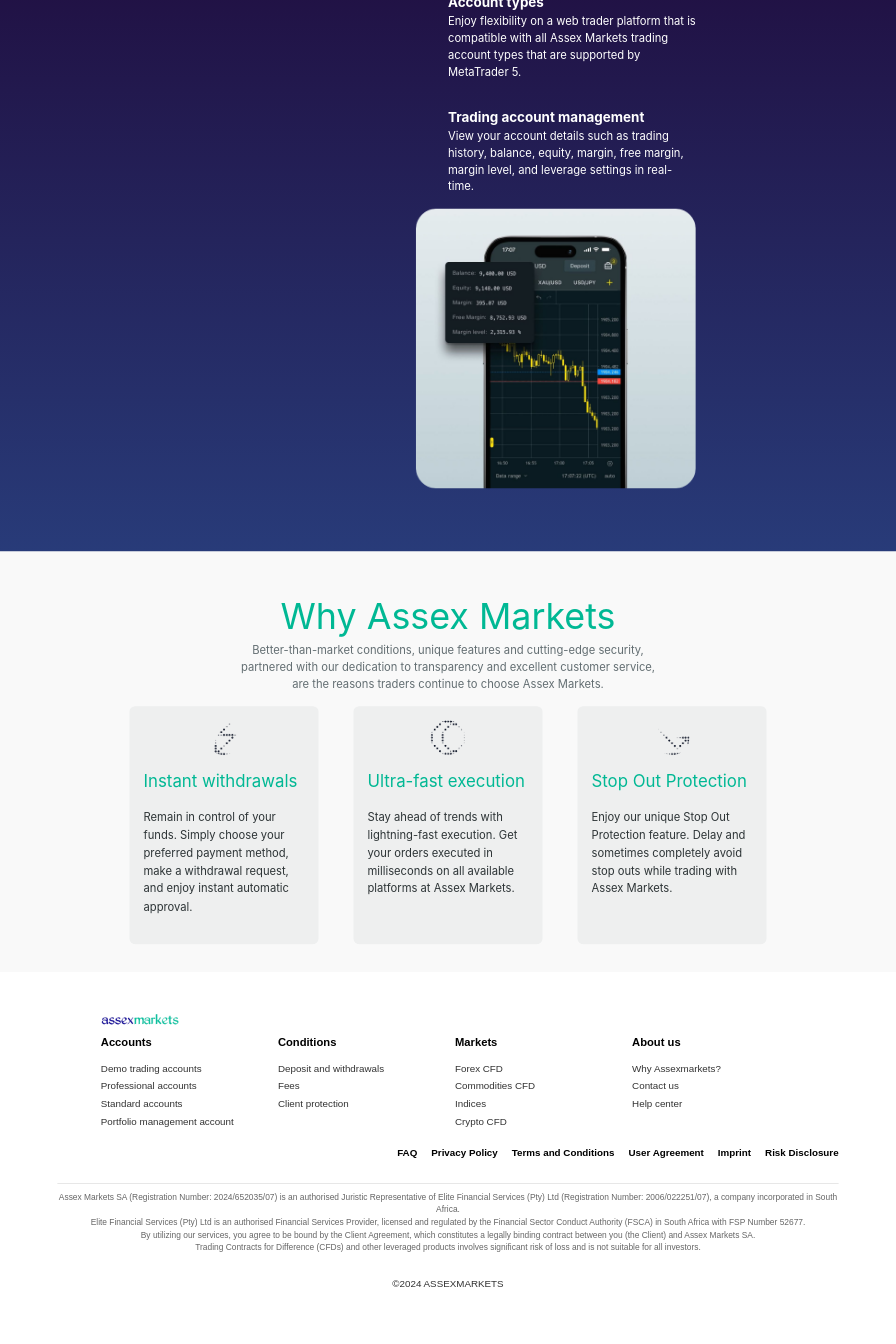
Repository: RevenewMarketing/Assex
Page: /webinar
An editor plug-in stored every save of this project. The page is shown before and after the next save, followed by the edit.
The browser window is 1280 px wide. The pictures show the part of the page from y = 2517 to 4437 px (the page is 4437 px tall), at 70% of full size.
The project was rebuilt for these pictures with package versions that can differ from the ones it lists, and the page was loaded fresh each time. Also part of the build but not shown: vite.config.ts, src/pages/home/sections/HeroSection.module.css, src/pages/home/sections/HeroSection.tsx, src/pages/home/sections/Section2.tsx, src/pages/home/sections/Section3.tsx, src/pages/home/sections/Section4.tsx, src/pages/home/sections/Section5.tsx, src/pages/home/sections/Section6.tsx and 32 more.

Above is the page before, as saved 2024-11-29 12:46:09.

### index.html
<!doctype html>
<html lang="en">
  <head>
    <meta charset="UTF-8" />
    <link rel="icon" type="image/svg+xml" href="/vite.svg" />
    <meta name="viewport" content="width=device-width, initial-scale=1.0" />
    <title>Assex</title>
  </head>
  <body>
    <div id="root"></div>
    <script type="module" src="/src/main.tsx"></script>
  </body>
</html>

### src/index.css
:root {
  font-family: Inter, system-ui, Avenir, Helvetica, Arial, sans-serif;
  line-height: 1.5;
  font-weight: 400;
  color-scheme: light dark;
  color: rgba(255, 255, 255, 0.87);
  background-color: #ffffff;
  font-synthesis: none;
  max-width: 1920px;
  margin: auto;
  text-rendering: optimizeLegibility;
  -webkit-font-smoothing: antialiased;
  -moz-osx-font-smoothing: grayscale;
  /* Smooth scrolling */
  scroll-behavior: smooth;
}

a {
  font-weight: 500;
  color: #646cff;
  text-decoration: inherit;
}

a:hover {
  color: #535bf2;
}

body {
  margin: 0;
  display: flex;
  place-items: center;
  min-width: 320px;
  min-height: 100vh;
  background-color: #FFF;
  /* align-content: center; */
  flex-direction: column;
  justify-content: flex-start;
}

h1 {
  font-size: 3.2em;
  line-height: 1.1;
}

button {
  border-radius: 8px;
  border: 1px solid transparent;
  padding: 0.6em 1.2em;
  font-size: 1em;
  font-weight: 500;
  font-family: inherit;
  background-color: #1a1a1a;
  cursor: pointer;
  transition: border-color 0.25s;
}

button:hover {
  border-color: #646cff;
}

button:focus,
button:focus-visible {
  outline: 4px auto -webkit-focus-ring-color;
}

@media (prefers-color-scheme: light) {
  :root {
    color: #213547;
    background-color: #ffffff;
  }

  a:hover {
    color: #747bff;
  }

  button {
    background-color: #f9f9f9;
  }
}

### src/App.tsx

import './App.css'
// import Navigation from './pages/home/Navigation'
import NavigationMenu from './components/navigation-menu/NavigationMenu'

import { BrowserRouter, Route, Routes } from 'react-router';
import Home from './pages/home/Home';
import Footer from './components/footer-section/Footer';
import About from './pages/about/About';
import Partner from './pages/partner/Partner';
import AccountTypeCrypto from './pages/account_type_crypto/AccountTypeCrypto';
import Webinar from './pages/web-terminal/Webinar';

function App() {

  return (
    <>
    <BrowserRouter>
    <NavigationMenu />
    <Routes>
      <Route path="/" element={<Home />} />
      <Route path="/about" element={<About />} />
      <Route path="/partner" element={<Partner />} />
      <Route path="/atc" element={<AccountTypeCrypto />} />
      <Route path="/webinar" element={<Webinar />} />
      {/* Define other routes */}
    </Routes>
    <Footer />
  </BrowserRouter>


    </>
  )
}

export default App

### src/App.css
#root {
  max-width: 1920px;
  width: 100%;
  margin: 0 auto;
  padding: 0;
  text-align: center;
}

.logo {
  height: 6em;
  padding: 1.5em;
  will-change: filter;
  transition: filter 300ms;
}
.logo:hover {
  filter: drop-shadow(0 0 2em #646cffaa);
}
.logo.react:hover {
  filter: drop-shadow(0 0 2em #61dafbaa);
}

@keyframes logo-spin {
  from {
    transform: rotate(0deg);
  }
  to {
    transform: rotate(360deg);
  }
}

@media (prefers-reduced-motion: no-preference) {
  a:nth-of-type(2) .logo {
    animation: logo-spin infinite 20s linear;
  }
}

.card {
  padding: 2em;
}

.read-the-docs {
  color: #888;
}

/* Auth Buttons */
.authButtons {
  /* margin-left: auto; */
  display: flex;
  gap: 10px;
}

### src/pages/web-terminal/Webinar.tsx

import Section1 from "./sections/Section1"
import Section2 from "./sections/Section2"
import Section3 from "./sections/Section3"
import Section4 from "./sections/Section4"
import Section5 from "./sections/Section5"




const Webinar = () => {
  return (
    <div>
      <Section1 />
      <Section2 />
      <Section3 />
      <Section4 />
      <Section5 />

    </div>
  )
}

export default Webinar

### src/components/ReusableButton.tsx

import styles from './GlobalComponentStyles.module.css';

type Props = {
  link?: string;
  text: string;
  type: 'register' | 'sign-in' | 'logout' | 'profile' | 'settings' | 'help' | 'free-trial' | 'learn-more' | 'dark' | 'light';
};

export default function ReusableButton({ link, text, type }: Props) {
  return (
      <button
      style={{
        backgroundColor: type === 'register' ? '#19BC9C' :
        type === 'sign-in' ? '#F4F6F7' :
        type === 'logout' ? '#FF6347' :
        type === 'profile' ? '#FFA07A' :
        type === 'settings' ? '#FF7F50' :
        type === 'help' ? '#FFA500' :
        type === 'free-trial' ? '#FFD700' :
        type === 'learn-more' ? '#FF4500' :
        type === 'dark' ? '#4C4B4D' :
        type === 'light' ? '#fff' : '#000',
        color: type === 'dark' ? '#fff' : '#000'
      }}
        className={styles.registerButton}
        onClick={() => window.open(link, '_blank')}
      >{text}
      </button>

  );
}

### src/components/footer-section/FooterStyles.module.css
.footerContainer {
  background-color: #ffffff;
  color: #333;
  padding: 60px 20px;
  font-family: Arial, sans-serif;
  font-size: 14px;
  line-height: 1.8;
}

.footerContainer h4 {
  font-size: 16px;
  font-weight: bold;
  margin-bottom: 10px;
  color: #000;
  text-align: left;
  margin-top: 0;
}

.footerContainer ul {
  list-style-type: none;
  padding: 0;
  margin: 0;
  text-align: left;
}

.footerContainer ul li {
  margin-bottom: 0px;
  cursor: pointer;
}

.footerContainer ul li:hover {
  color: #00b894;
}

.footerContainer .columnsContainer {
  display: flex;
  justify-content: space-between;
  gap: 20px;
  flex-wrap: wrap;
  margin-bottom: 40px;
  width: 80%;
  margin: auto;
}

.noDrag {
  cursor: no-drop !important;
}

.footerContainer .columnsContainer>div {
  flex: 1;
  min-width: 180px;
  /* Ensures alignment and proper spacing */
}

.linksContainer {
  display: flex;
  gap: 20px;
  justify-content: flex-end;
  width: 95%;
}

.linksContainer a {
  color: #000000 !important;
  font-weight: 600;
}

.footerContainer .linksContainer {
  text-align: center;
  margin: 20px 0 30px;
}

.footerContainer .linksContainer a {
  color: #007bff;
  text-decoration: none;
  margin: 0px;
  font-size: 14px;
}

.footerContainer .linksContainer a:hover {
  text-decoration: underline;
}

.footerContainer .details {
  font-size: 12px;
  color: #666;
  line-height: 1.5;
  margin: 20px auto;
  text-align: center;
  width: 90%;
  border-top: 1px solid #80808061;
  padding-top: 10px;
}

.footerContainer .details p {
  margin-bottom: 15px;
}

.footerContainer .logoContainer {
  text-align: left;
  margin: auto;
  width: 80%;
}

.footerContainer .logoContainer img {
  max-width: 150px;
}

.footerContainer .copyright {
  text-align: center;
  font-size: 14px;
  margin-top: 30px;
}


.details p {
  margin: 0 !important;
}

### src/pages/web-terminal/sections/Section1.tsx

import styles from './Section1.module.css';

const textContent = {
  title: 'CRYPTO TRADING WITHOUT THE SWAP FEES',
  subtitle: 'Trade popular cryptocurrencies including BTCUSD, ETHUSD, and LTCUSD. Hold your positions with no overnight charges.',
  registerButton: 'Register',
  demoButton: 'Try free demo',
};

const Section1: React.FC = () => {
  return (
    <section className={styles.container}>
    <div className={styles.textContainer}>
       <i> <h1 className={styles.title}>{textContent.title}</h1></i>
        <p className={styles.subtitle}>{textContent.subtitle}</p>
    </div>
      <div className={styles.buttonsContainer}>
        <button className={`${styles.button} ${styles.primaryButton}`}>{textContent.registerButton}</button>
        <button className={styles.button}>{textContent.demoButton}</button>
      </div>
    </section>
  );
};

export default Section1;

### src/pages/web-terminal/sections/Section2.tsx

import styles from './Section2.module.css';
import webAppImage from '../../../assets/pages/Web-Terminal/2-section1-Image1.png';

const content = {
  title: "Trade up with our high-speed, customized web app",
  description:
    "Enjoy seamless and flexible trading on the Assex Markets Terminal, a secure and streamlined web trader platform for trading over a hundred popular CFDs.",
  watchlistTitle: "Watchlist",
  watchlistDescription:
    "Get real-time prices and movements on the Assex Markets Terminal watchlist which hosts lists of all available trading instruments.",
  tradingModeTitle: "One-click trading mode",
  tradingModeDescription:
    "Open and close orders instantly choosing from a tile list of instruments to trade and using the Limit Order field for pending orders.",
};

const Section2: React.FC = () => {
  return (
    <div className={styles.section}>
      <div className={styles.textContainer}>
       <div className={styles.headerContent} >
          <h1 className={styles.title}>{content.title}</h1>
          <p className={styles.description}>{content.description}</p>
       </div>

       <div className={styles.innerContents} >
          <div className={styles.features}>
            <div className={styles.feature}>
              <h2 className={styles.featureTitle}>{content.watchlistTitle}</h2>
              <p className={styles.featureDescription}>
                {content.watchlistDescription}
              </p>
            </div>
            <div className={styles.feature}>
              <h2 className={styles.featureTitle}>
                {content.tradingModeTitle}
              </h2>
              <p className={styles.featureDescription}>
                {content.tradingModeDescription}
              </p>
            </div>
          </div>

          <img
          className={styles.imagePlaceholder}
          src={webAppImage}
          alt="Web App"
        />
        </div>

       </div>

    </div>
  );
};

export default Section2;

### src/pages/web-terminal/sections/Section3.tsx

import styles from './Section3.module.css';
import webAppImage from '../../../assets/pages/Web-Terminal/3-section2-Image1.png';

const content = {
  portfolioTitle: "Portfolio area",
  portfolioDescription:
    "Track your orders in the portfolio area with details like type, volume, prices, take profit, stop loss, open time, swap, and profit and loss.",
  instrumentsTitle: "Instruments tabs",
  instrumentsDescription:
    "Choose from multiple available chart types and customize them with indicators, drawing tools, and more. Charting is provided by TradingView.",
};

const Section3: React.FC = () => {
  return (
    <div className={styles.section}>



       <div className={styles.innerContents} >
          <div className={styles.features}>
            <div className={styles.feature}>
              <h2 className={styles.featureTitle}>{content.portfolioTitle}</h2>
              <p className={styles.featureDescription}>
                {content.portfolioDescription}
              </p>
            </div>
            <div className={styles.feature}>
              <h2 className={styles.featureTitle}>
                {content.instrumentsTitle}
              </h2>
              <p className={styles.featureDescription}>
                {content.instrumentsDescription}
              </p>
            </div>
          </div>

          <img
          className={styles.imagePlaceholder}
          src={webAppImage}
          alt="Web App"
        />
        </div>



    </div>
  );
};

export default Section3;

### src/pages/web-terminal/sections/Section4.tsx

import styles from './Section4.module.css';
import webAppImage from '../../../assets/pages/Web-Terminal/4-section3-Image1.png';

const content = {
  managementTitle: "Trading account management",
  managementDescription:
    "View your account details such as trading history, balance, equity, margin, free margin, margin level, and leverage settings in real-time.",
  accountTypesTitle: "Account types",
  accountTypesDescription:
    "Enjoy flexibility on a web trader platform that is compatible with all Assex Markets trading account types that are supported by MetaTrader 5.",
};

const Section4: React.FC = () => {
  return (
    <div className={styles.section}>



        <div className={styles.innerContents}>
          <div className={styles.features}>

            <div className={styles.feature}>
              <h2 className={styles.featureTitle}>{content.accountTypesTitle}</h2>
              <p className={styles.featureDescription}>
                {content.accountTypesDescription}
              </p>
            </div>
            <div className={styles.feature}>
              <h2 className={styles.featureTitle}>
                {content.managementTitle}
              </h2>
              <p className={styles.featureDescription}>
                {content.managementDescription}
              </p>
              </div>
          </div>

          <img
            className={styles.imagePlaceholder}
            src={webAppImage}
            alt="Web App"
          />
        </div>

    </div>
  );
};

export default Section4;

### src/pages/web-terminal/sections/Section5.tsx

import styles from "./Section5.module.css";
import card1 from "../../../assets/pages/Crypto/4-section5-cardIcon1.png";
import card2 from "../../../assets/pages/Crypto/4-section5-cardIcon2.png";
import card3 from "../../../assets/pages/Crypto/4-section5-cardIcon3.png";
const content = {
  heading: "Why Assex Markets",
  subheading:
    "Better-than-market conditions, unique features and cutting-edge security, partnered with our dedication to transparency and excellent customer service, are the reasons traders continue to choose Assex Markets.",
  cards: [
    {
      title: "Instant withdrawals",
      description:
        "Remain in control of your funds. Simply choose your preferred payment method, make a withdrawal request, and enjoy instant automatic approval.",
      icon: card1,
    },
    {
      title: "Ultra-fast execution",
      description:
        "Stay ahead of trends with lightning-fast execution. Get your orders executed in milliseconds on all available platforms at Assex Markets.",
      icon: card2,
    },
    {
      title: "Stop Out Protection",
      description:
        "Enjoy our unique Stop Out Protection feature. Delay and sometimes completely avoid stop outs while trading with Assex Markets.",
      icon: card3,
    },
  ],
};


const Section5 = () => {
  return (
    <section className={styles.section}>
      <h1 className={styles.heading}>{content.heading}</h1>
      <p className={styles.subheading}>{content.subheading}</p>
      <div className={styles.cardContainer}>
        {content.cards.map((card, index) => (
          <div key={index} className={styles.card}>
            <img
            className={styles.cardIcon}
            src={card.icon}
            alt={card.title}
            />
            <h2 className={styles.cardTitle}>{card.title}</h2>
            <p className={styles.cardDescription}>{card.description}</p>
          </div>
        ))}
      </div>
    </section>
  );
};

export default Section5;

### src/components/GlobalComponentStyles.module.css


.registerButton {
  background-color: #00b074;
  color: white;
  border: none;
  padding: 8px 16px;
  font-size: 14px;
  border-radius: 4px;
  cursor: pointer;
}

.signInButton {
  background-color: #f4f4f4;
  color: #333;
  border: 1px solid #ccc;
  padding: 8px 16px;
  font-size: 14px;
  border-radius: 4px;
  cursor: pointer;
}

### src/pages/web-terminal/sections/Section1.module.css
.container {
  background-image: url('../../../assets/pages/Crypto/1-cryptoBanner.jpg'); /* Replace with your background image path */
  background-size: cover;
  background-position: center;
  background-repeat: no-repeat;
  min-height: 63dvh;
  display: flex;
  flex-direction: column;
  justify-content: center;
  align-items: flex-start;
  padding: 20px 40px;
  background-color: rgba(0, 0, 0, 0.73);
  max-width: inherit;
}

@media (max-width: 768px) {
  .container {
    height: auto;
    padding: 15px;
  }
}

.title {
  font-size: 3rem; /* Reduced from 5rem for better scaling */
  font-weight: 700;
  color: white;
  margin: 0 0 20px;
  text-align: left;
}

@media (max-width: 768px) {
  .title {
    font-size: 2.2rem; /* Scaled down for smaller screens */
    margin-bottom: 15px;
  }
}

.textContainer {
  width: 55%;
}

@media (max-width: 768px) {
  .textContainer {
    width: 100%; /* Ensure text occupies full width on smaller screens */
  }
}

.subtitle {
  font-size: 1.8rem; /* Reduced from 2rem for consistency */
  color: white;
  margin: 0 0 30px;
  text-align: left;
  width: 72%;
}

@media (max-width: 768px) {
  .subtitle {
    font-size: 1.2rem; /* Adjusted for smaller screens */
    margin-bottom: 20px;
    width: 100%; /* Occupy full width for better readability */
  }
}

.buttonsContainer {
  display: flex;
  gap: 15px;
}

@media (max-width: 768px) {
  .buttonsContainer {
    flex-direction: column;
    gap: 10px;
  }
}

.button {
  background-color: white;
  color: #00c897;
  border: 2px solid #00c897;
  border-radius: 5px;
  font-size: 1rem; /* Consistent button text size */
  font-weight: 600;
  padding: 10px 20px;
  cursor: pointer;
  transition: all 0.3s ease;
}

.button:hover {
  background-color: #e8f8f4;
}

.primaryButton {
  background-color: #00c897;
  color: white;
}

.primaryButton:hover {
  background-color: #00b087;
}

@media (max-width: 768px) {
  .button {
    width: 100%;
    text-align: center;
  }
}

### src/pages/web-terminal/sections/Section2.module.css
.section {
  display: flex;
  justify-content: space-between;
  align-items: center;
  background: rgb(40, 59, 121);
  background: linear-gradient(0deg, rgba(40, 59, 121, 1) 0%, rgba(32, 13, 63, 1) 100%);
  color: #ffffff;
  padding: 50px;
  flex-direction: column;
}

.textContainer {
  max-width: 63%;
}

.headerContent {
  width: 70%;
  margin: auto;
}

.innerContents {
  display: flex;
  flex-direction: row-reverse;
  flex-wrap: wrap;
  width: 100%;
  justify-content: space-between;
  align-content: center;
  margin: 40px;
}

.title {
  font-size: 2rem;
  font-weight: bold;
  margin-bottom: 20px;
}

.description {
  font-size: 1.1rem;
  margin-bottom: 30px;
}

.features {
  display: flex;
  flex-direction: column;
  gap: 20px;
  width: 50%;
  justify-content: center;
  text-align: left;
}

.feature {
  margin-bottom: 20px;
}

.featureTitle {
  font-size: 1.2rem;
  font-weight: bold;
  margin: 0;
}

.featureDescription {
  font-size: 1rem;
  line-height: 1.5;
  margin: 0;
}

.imagePlaceholder {

  height: 400px;
  transition: all 0.3s;
  border-radius: 10px;
}

.imagePlaceholder:hover {
  transform: scale(1.2);
}

### src/pages/web-terminal/sections/Section3.module.css
.section {
  display: flex;
  justify-content: space-between;
  align-items: center;
  background-color: #ffffff;
  color: #000000;
  padding: 50px;
  flex-direction: column;
}


.headerContent {
  width: 70%;
  margin: auto;
}

.innerContents {
  display: flex;
  flex-direction: row;
  flex-wrap: wrap;
  max-width: 60%;
  justify-content: space-between;
  align-content: center;
  margin: 40px;
}

.title {
  font-size: 2rem;
  font-weight: bold;
  margin-bottom: 20px;
}

.description {
  font-size: 1.1rem;
  margin-bottom: 30px;
}

.features {
  display: flex;
  flex-direction: column;
  gap: 20px;
  width: 50%;
  justify-content: center;
  text-align: left;
}

.feature {
  margin-bottom: 20px;
}

.featureTitle {
  font-size: 1.2rem;
  font-weight: bold;
  margin: 0;
}

.featureDescription {
  font-size: 1rem;
  line-height: 1.5;
  margin: 0;
}

.imagePlaceholder {

  height: 400px;
  transition: all 0.3s;
  border-radius: 10px;
}

.imagePlaceholder:hover {
  transform: scale(1.2);
}

### src/pages/web-terminal/sections/Section4.module.css
.section {
  display: flex;
  justify-content: space-between;
  align-items: center;
  background: rgb(40, 59, 121);
  background: linear-gradient(0deg, rgba(40, 59, 121, 1) 0%, rgba(32, 13, 63, 1) 100%);
  color: #ffffff;
  padding: 50px;
  flex-direction: column;
}



.headerContent {
  width: 70%;
  margin: auto;
}

.innerContents {
  display: flex;
  flex-direction: row-reverse;
  flex-wrap: wrap;
  max-width: 60%;
  justify-content: space-between;
  align-content: center;
  margin: 40px;
}

.title {
  font-size: 2rem;
  font-weight: bold;
  margin-bottom: 20px;
}

.description {
  font-size: 1.1rem;
  margin-bottom: 30px;
}

.features {
  display: flex;
  flex-direction: column;
  gap: 20px;
  width: 50%;
  justify-content: center;
  text-align: left;
}

.feature {
  margin-bottom: 20px;
}

.featureTitle {
  font-size: 1.2rem;
  font-weight: bold;
  margin: 0;
}

.featureDescription {
  font-size: 1rem;
  line-height: 1.5;
  margin: 0;
}

.imagePlaceholder {

  height: 400px;
  transition: all 0.3s;
  border-radius: 10px;
}

.imagePlaceholder:hover {
  transform: scale(1.2);
}

### src/pages/web-terminal/sections/Section5.module.css
.section {
  padding: 20px;
  text-align: center;
  background-color: #f9f9f9;
}

.cardIcon {
  border-radius: 50%;
  width: 50px;
  height: 50px;
  background-color: #00b89300;
  margin: 0 auto;
}

.heading {
  font-weight: 400;
  color: #00b894;
  margin-bottom: 10px;
}

.subheading {
  color: #636e72;
  margin: auto;
  width: 50%;

}

.cardContainer {
  display: flex;
  justify-content: center;
  gap: 50px;
  flex-wrap: wrap;
  margin: 20px;
}

.card {
  display: flex;
  flex-direction: column;
  justify-content: flex-start;
  background: #EEEFEF;
  padding: 20px;
  /* border: 1px solid #dfe6e9; */
  border-radius: 8px;
  max-width: 230px;
  height: 300px;
  text-align: left;
  /* box-shadow: 0 2px 4px rgba(0, 0, 0, 0.1); */
}

.cardTitle {
  font-weight: 400;
  color: #00b894;
  margin-bottom: px;text-align: left;
}

.cardDescription {
  text-align: center;
  color: #2d3436;
  line-height: 1.6;
  margin: 0;
  text-align: left;
}

Loaded but not shown: src/main.tsx (common file); src/components/navigation-menu/NavigationMenu.tsx (271 lines, source omitted); src/components/footer-section/Footer.tsx (129 lines, source omitted); src/components/navigation-menu/NavigationMenu.module.css (180 lines, source omitted)

After the next save:
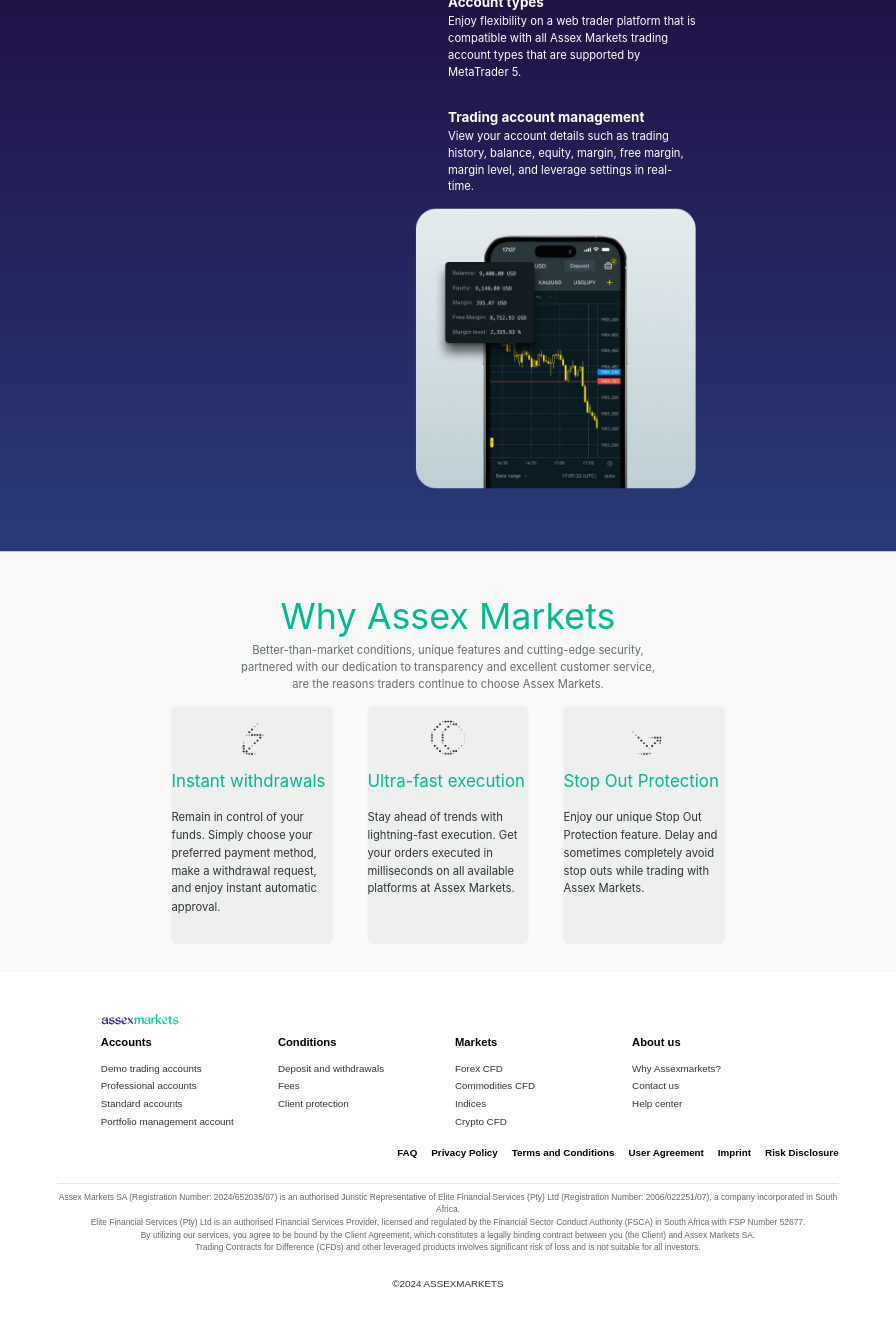
Saved 4 s later.
--- a/src/pages/web-terminal/sections/Section5.module.css
+++ b/src/pages/web-terminal/sections/Section5.module.css
@@ -38,7 +38,7 @@
   flex-direction: column;
   justify-content: flex-start;
   background: #EEEFEF;
-  padding: 20px;
+  padding: 20px 0;
   /* border: 1px solid #dfe6e9; */
   border-radius: 8px;
   max-width: 230px;
